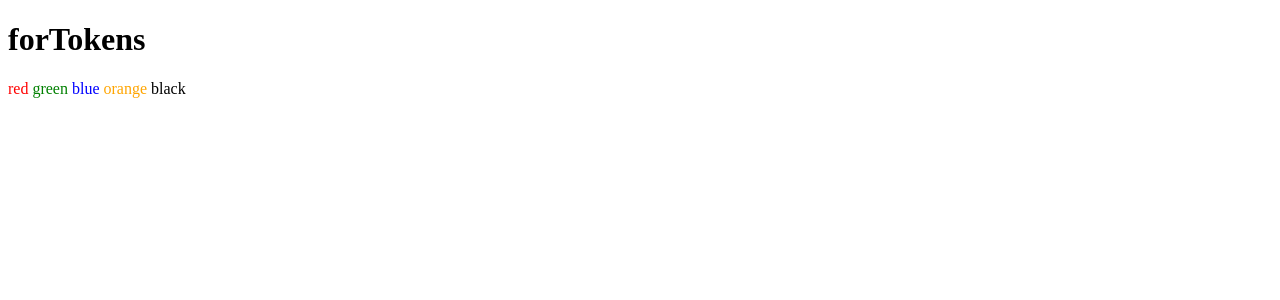
Repository: Jh1227/JSP
Page: http://localhost/13_JSTL/ex07_forTokens.jsp
An editor plug-in stored every save of this project. The page is shown before and after the next save, followed by the edit.
The browser window is 1280 px wide. The pictures show the whole page.
The page is served by Tomcat 9. Other server files are loaded and not shown.

Above is the page before, as saved 2023-04-11 03:47:26.

### 13_JSTL/src/main/webapp/ex07_forTokens.jsp

<!-- ex07_forTokens.jsp -->

<%@ page language="java" contentType="text/html; charset=UTF-8"
    pageEncoding="UTF-8"%>
<%@ taglib prefix ="c" uri ="http://java.sun.com/jsp/jstl/core" %>
<!DOCTYPE html>
<html>
<head>
<meta charset="UTF-8">
<title>ex07_forTokens.jsp</title>
</head>
<body>
	<h1>forTokens</h1>
	<%--
		# 토큰( token )
		- 문법적으로 의미있는 최소단위 입니다
		- 여기서는 문자열을 구분하는 구분자로 분리되는 문자열의 구성 요소입니다

		# <c:forTokens> : Java 의 StringTokenizer 클래스와 동일합니다
		- <c:forTokens var ="변수명" items ="문자열" delims ="문자열 구분자"/>
	--%>
	<%
		String colors = "red,green,blue,orange,black";
	%>
	<c:forTokens var ="stn" items ="<%=colors %>" delims =",">
		<span style ="color:${stn }"> ${stn } </span>
	</c:forTokens>
</body>
</html>

After the next save:
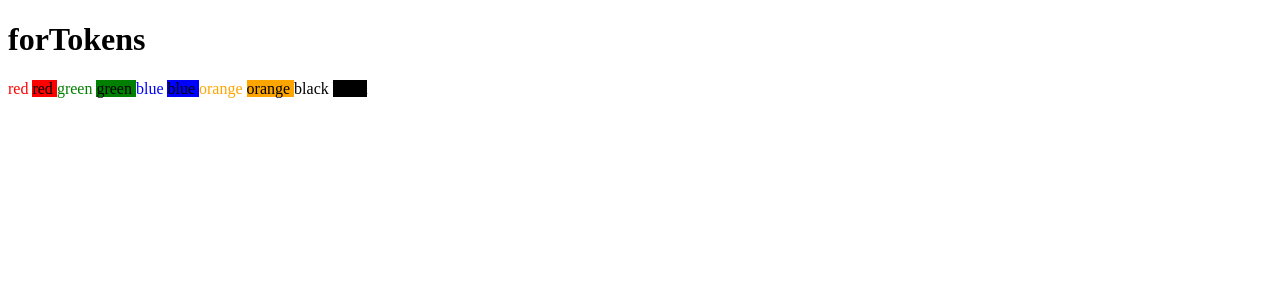
Saved 55 s later.
--- a/13_JSTL/src/main/webapp/ex07_forTokens.jsp
+++ b/13_JSTL/src/main/webapp/ex07_forTokens.jsp
@@ -25,6 +25,7 @@
 	%>
 	<c:forTokens var ="stn" items ="<%=colors %>" delims =",">
 		<span style ="color:${stn }"> ${stn } </span>
+		<span style ="width: 80px; height: 80px; background-color:${stn }"> ${stn } </span>
 	</c:forTokens>
 </body>
 </html>
